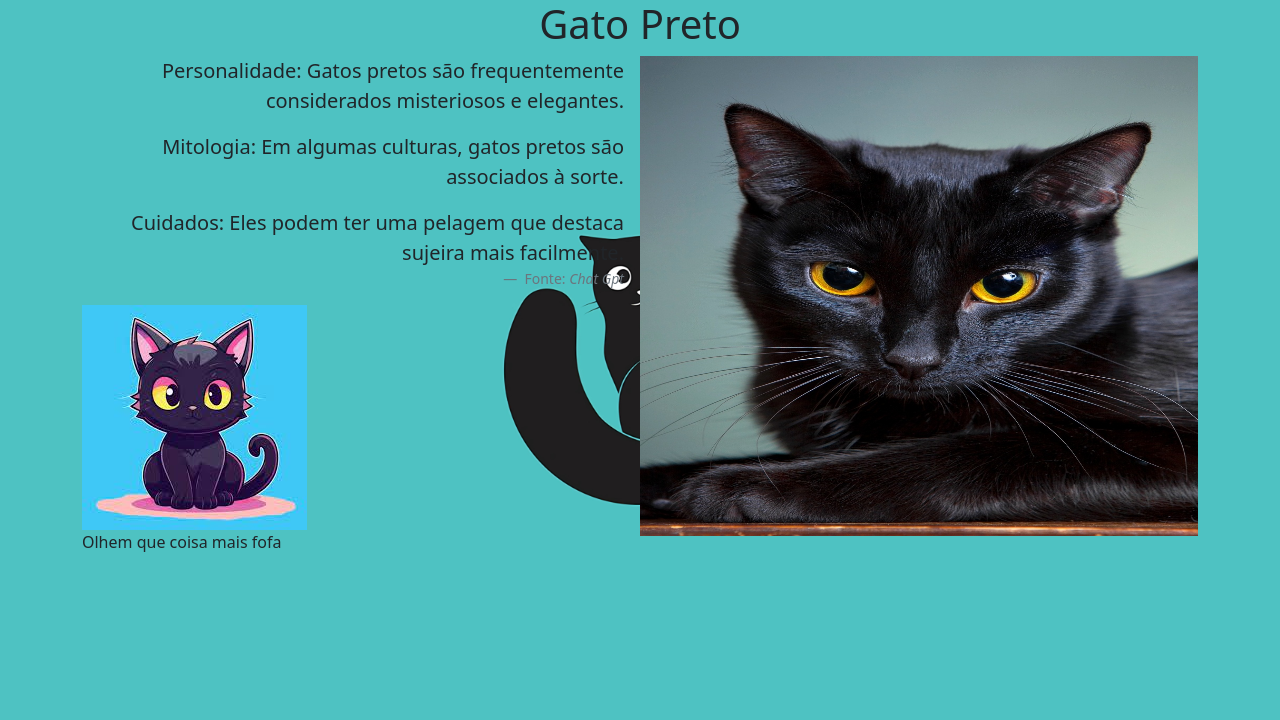
Repository: SktYzu/gatitu
Page: index.html
The author's editor kept a copy of each file at every save. The page is drawn from the files as they stood at one save, then again after the next save.
The browser window is 1280 px wide. The pictures show the whole page.

Above is the page before, as saved 2023-11-27 15:20:55.

### index.html
<!DOCTYPE html>
<html lang="pt-BR">

<head>
    <meta charset="UTF-8">
    <meta name="viewport" content="width=device-width, initial-scale=1.0">
    <link rel="stylesheet" href="https://cdn.jsdelivr.net/npm/bootstrap@5.3.2/dist/css/bootstrap.min.css">
    <script src="https://cdn.jsdelivr.net/npm/bootstrap@5.3.2/dist/js/bootstrap.bundle.min.js"
        integrity="sha384-C6RzsynM9kWDrMNeT87bh95OGNyZPhcTNXj1NW7RuBCsyN/o0jlpcV8Qyq46cDfL"
        crossorigin="anonymous"></script>
    <title>Teste</title>
    <style>
        body {
            background-image: url('cat.jpg');
            background-size: cover;
        }
    </style>
</head>

<body>

    <h1 class="container text-center">Gato Preto</h1>
    <div class="container">

        <div class="clearfix">
            <img src="preto.jpg" class="col-md-6 float-md-end mb-3 ms-md-3" alt="..." height="480px">

            <figure class="text-end">
                <blockquote class="blockquote">
                    <p>Personalidade: Gatos pretos são frequentemente considerados misteriosos e elegantes.</p>
                </blockquote>
                <blockquote class="blockquote">
                    <p>Mitologia: Em algumas culturas, gatos pretos são associados à sorte.</p>
                </blockquote>
                <blockquote class="blockquote">
                    <p>Cuidados: Eles podem ter uma pelagem que destaca sujeira mais facilmente.</p>
                </blockquote>
                <figcaption class="blockquote-footer">
                    Fonte: <cite title="Chat Gpt">Chat Gpt</cite>
                </figcaption>
            </figure>

            <img src="pletu.jpg" alt="Perfeição">
            <p>Olhem que coisa mais fofa</p>
        </div>
    </div>


</body>

</html>

After the next save:
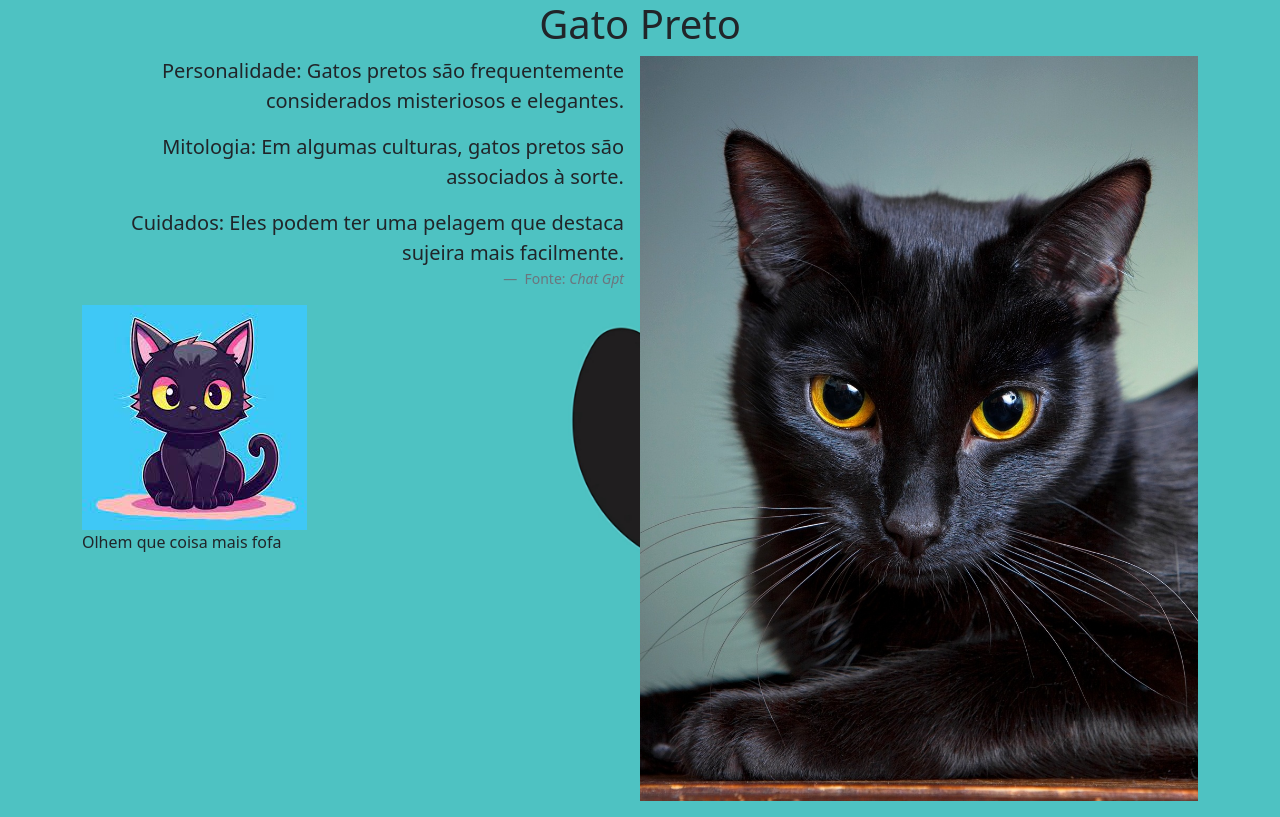
Saved 45 s later.
--- a/index.html
+++ b/index.html
@@ -23,7 +23,7 @@
     <div class="container">
 
         <div class="clearfix">
-            <img src="preto.jpg" class="col-md-6 float-md-end mb-3 ms-md-3" alt="..." height="480px">
+            <img src="preto.jpg" class="col-md-6 float-md-end mb-3 ms-md-3" alt="..." height="10%">
 
             <figure class="text-end">
                 <blockquote class="blockquote">
